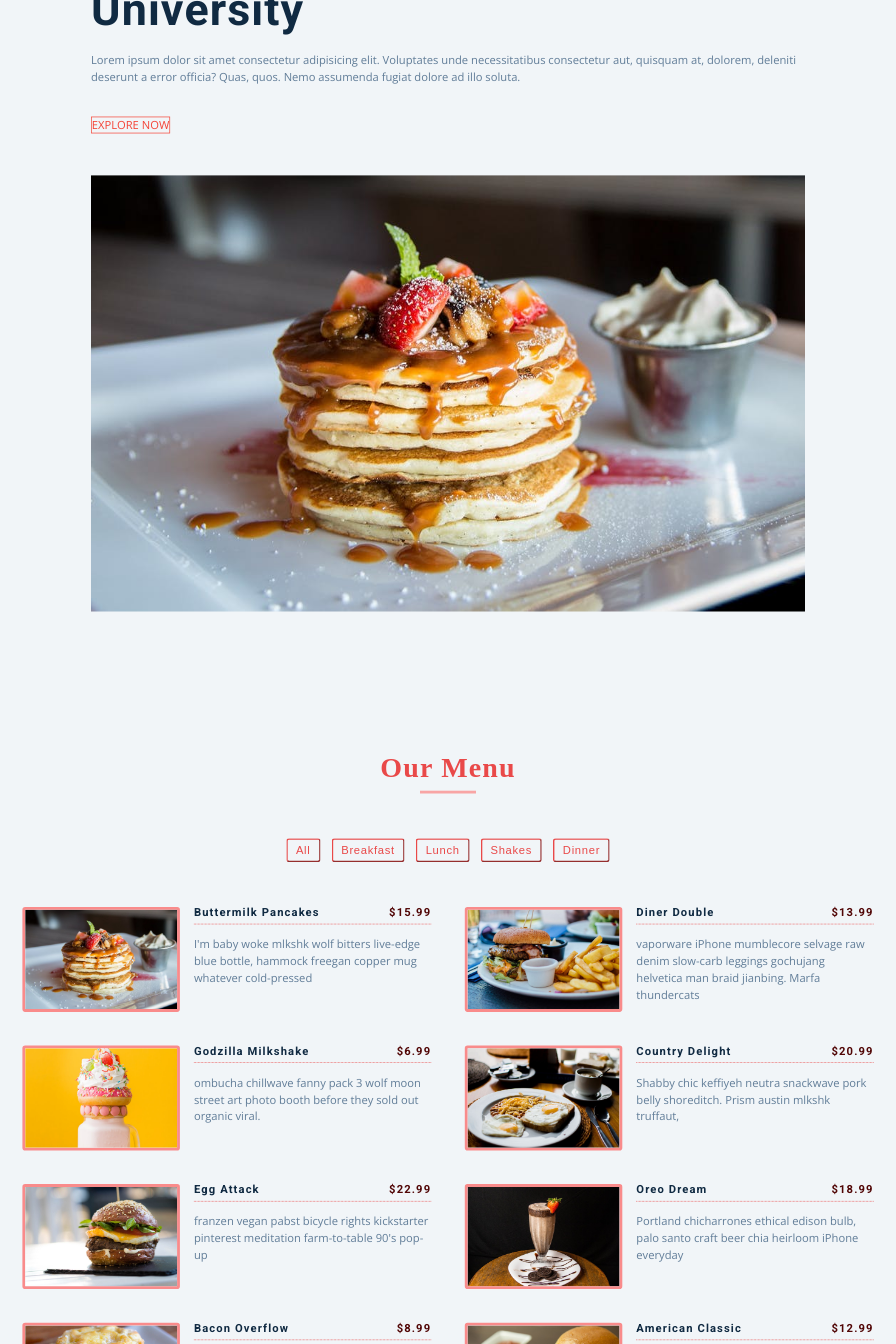
Repository: xoshiraghavx/Food-you
Page: index.html
These files come from the project's save history. The page is drawn as it stood at one moment and after the next save; the edit follows.
The browser window is 1280 px wide. The pictures show the part of the page from y = 912 to 2832 px (the page is 3950 px tall before and 3327 px after), at 70% of full size.
Some web libraries are served in a nearby version.

Above is the page before, as saved 2022-12-03 09:11:00.

### index.html
<!DOCTYPE html>
<html lang="en">
  <head>
    <meta charset="UTF-8" />
    <meta name="viewport" content="width=device-width, initial-scale=1.0" />
    <title>interior design</title>
    <!-- font-awesome -->
    <link
      rel="stylesheet"
      href="https://cdnjs.cloudflare.com/ajax/libs/font-awesome/5.14.0/css/all.min.css"
    />

    <!-- styles -->
    <link rel="stylesheet" href="styles.css" />
  </head>
  <body>
<nav>
  <div class="nav-center">
    <div class="nav-header">
      <div class="logo-div">
      <img src="./img/logo.png" alt="logo" class="logo">
      <div class="logo-name">
      <p><span id="color"><b>FOOD </b><br><i>& you</i></span></p>
    </div>
    </div>
      <button class="nav-toggle">
        <i class="fas fa-bars"></i>
      </button>
    </div>
    <!-- links -->
    <!-- <ul class="links">

      <li>
        <a href="index.html">home</a>
      </li>
      <li>
    </ul> -->
    <!-- social media -->
    <ul class="social-icons">
      <li>
        <a href="https://www.facebook.com">
          <i class="fab fa-facebook"></i>
        </a>
      </li>
      <li>
        <a href="https://www.twitter.com">
          <i class="fab fa-twitter"></i>
        </a>
      </li>
      <li>
        <a href="https://www.instagram.com">
          <i class="fab fa-instagram"></i>
        </a>
      </li>
      <li>
        <a href="https://www.linkedin.com">
          <i class="fab fa-linkedin"></i>
        </a>
      </li>
      <li>
        <a href="https://www.twitter.com">
          <i class="fab fa-sketch"></i>
        </a>
      </li>
    </ul>
  </div>
</nav>
<header class="hero">
  <div class="banner">
    <h2>Looking for some food!</h2>
    <button class="btn modal-btn">Order Now</button>
  </div>
</header>
<div class="modal-overlay">
  <div class="modal-container">
    <br>
    <h3>Title</h3>
    <p>Lorem ipsum dolor sit amet consectetur adipisicing elit. Illo deleniti eum mollitia distinctio! Nesciunt dolor minima animi esse officia! Recusandae? Lorem ipsum dolor sit amet consectetur, adipisicing elit. Aspernatur, hic.</p>
    <button class="close-btn">
      <i class="fas fa-times"> </i>
    </button>
  </div>
</div>
    <!-- -------about us content---------->
    <section class="about-us">
      <div class="row">
          <div class="about-col">
              <h1>We are the world's largest university</h1>
              <p>Lorem ipsum dolor sit amet consectetur adipisicing elit. Voluptates unde necessitatibus consectetur aut, quisquam at, dolorem, deleniti deserunt a error officia? Quas, quos. Nemo assumenda fugiat dolore ad illo soluta.</p>
              <a href="" class="hero-btn red-btn">EXPLORE NOW</a>
          </div>
          <div class="about-col">
              <img src="./img/item-1.jpeg" alt="">
          </div>
      </div>
  </section>
<section class="menu">
  <div class="title">
    <h2>Our Menu</h2>
    <div class="underline"></div>
  </div>
  <div class="btn-container">
    <!-- <button class="filter-btn" type="button" data-id="all">all</button>
    <button class="filter-btn" type="button"data-id="breakfast">breakfast</button>
    <button class="filter-btn" type="button" data-id="lunch">lunch</button>
    <button class="filter-btn" type="button" data-id="shakes">shakes</button> -->
  </div>
    <div class="section-center">
      <!-- <article class="menu-item">
        <img src="./menu-item.jpeg" class="photo" alt="menu item">
        <div class="item-info">
          <header>
            <h4>buttermilk pancakes</h4>
            <h4 class="price">Rs 600/-</h4>
          </header>
          <p class="item-text">Lorem ipsum, dolor sit amet consectetur adipisicing elit. Dolore totam aliquid ut eius architecto magni cumque explicabo voluptate, repudiandae harum.</p>
        </div>
      </article> -->
    </div>
</section>
<section class="questions">
  <div class="title">
    <h2>general questions</h2>
  </div>
  <div class="question-center">
    <article class="question">
      <div class="question-title">
      <p>When will my order be delivered?</p>
      <button type="button" class="question-btn">
        <span class="plus-icon">
      <i class="far fa-plus-square"></i>
        </span>

        <span class="minus-icon">
      <i class="far fa-minus-square"></i>
        </span>

      </button>
    </div>
    <div class="question-text">
      <p>Estimated delivery are given against each products. While sincere efforts are being made to deliver the products within the given time frame factors like, availability, festive seasons, courier delays are bound to happen. These factors are constantly monitored to keep any inordinate delays under control.</p>
    </div>
    </article>
    <article class="question">
      <div class="question-title">
      <p>Do you offer Cash on Delivery?</p>
      <button type="button" class="question-btn">
        <span class="plus-icon">
      <i class="far fa-plus-square"></i>
        </span>

        <span class="minus-icon">
      <i class="far fa-minus-square"></i>
        </span>

      </button>
    </div>
    <div class="question-text">
      <p>Yes. We offer Cash on Delivery which most of the other websites don't offer.</p>
    </div>
    </article>
    <article class="question">
      <div class="question-title">
      <p>do you use organic indegridents?</p>
      <button type="button" class="question-btn">
        <span class="plus-icon">
      <i class="far fa-plus-square"></i>
        </span>

        <span class="minus-icon">
      <i class="far fa-minus-square"></i>
        </span>

      </button>
    </div>
    <div class="question-text">
      <p>We deliver the products that are fresh and systems are kept in place to source the best products and safely consign them to you. We don't stock the products but place once we receive orders.</p>
    </div>
    </article>
  </div>
</section>
<!-- --------footer--------- -->
<section class="footer">
  <h4 id="color">Food & you</h4>
  <p>Fulfill your comfort food cravings here.</p>
  <ul class="icons">
    <li>
      <a href="https://www.facebook.com">
        <i class="fab fa-facebook"></i>
      </a>
    </li>
    <li>
      <a href="https://www.twitter.com">
        <i class="fab fa-twitter"></i>
      </a>
    </li>
    <li>
      <a href="https://www.instagram.com">
        <i class="fab fa-instagram"></i>
      </a>
    </li>
    <li>
      <a href="https://www.linkedin.com">
        <i class="fab fa-linkedin"></i>
      </a>
    </li>
  </ul>
  <p>Made by <b id="color">oshi Raghav</b></p>
</section>
<!-- javascript -->
    <script src="app.js"></script>
  </body>
</html>

### styles.css
/*
===============
Fonts
===============
*/
@import url('https://fonts.googleapis.com/css?family=Open+Sans|Roboto:400,700&display=swap');

/*
===============
Variables
===============
*/

:root {
  /* dark shades of primary color*/
  --clr-primary-1: hsl(0, 86%, 17%);
  --clr-primary-2: hsl(0, 77%, 27%);
  --clr-primary-3: hsl(0, 72%, 37%);
  --clr-primary-4: hsl(0, 63%, 48%);
  /* primary/main color */
  --clr-primary-5: hsl(0, 78%, 60%);
  /* lighter shades of primary color */
  --clr-primary-6: hsl(0, 90%, 70%);
  --clr-primary-7: hsl(0, 90%, 76%);
  --clr-primary-8: hsl(0, 86%, 81%);
  --clr-primary-9: hsl(0, 90%, 88%);
  --clr-primary-10: hsl(0, 100%, 96%);
  /* darkest grey - used for headings */
  --clr-grey-1: hsl(209, 61%, 16%);
  --clr-grey-2: hsl(211, 39%, 23%);
  --clr-grey-3: hsl(209, 34%, 30%);
  --clr-grey-4: hsl(209, 28%, 39%);
  /* grey used for paragraphs */
  --clr-grey-5: hsl(210, 22%, 49%);
  --clr-grey-6: hsl(209, 23%, 60%);
  --clr-grey-7: hsl(211, 27%, 70%);
  --clr-grey-8: hsl(210, 31%, 80%);
  --clr-grey-9: hsl(212, 33%, 89%);
  --clr-grey-10: hsl(210, 36%, 96%);
  --clr-white: #fff;
  --clr-red-dark: hsl(360, 67%, 44%);
  --clr-red-light: hsl(360, 71%, 66%);
  --clr-green-dark: hsl(125, 67%, 44%);
  --clr-green-light: hsl(125, 71%, 66%);
  --clr-black: #222;
  --ff-primary: 'Roboto', sans-serif;
  --ff-secondary: 'Open Sans', sans-serif;
  --transition: all 0.3s linear;
  --spacing: 0.1rem;
  --radius: 0.25rem;
  --light-shadow: 0 5px 15px rgba(0, 0, 0, 0.1);
  --dark-shadow: 0 5px 15px rgba(0, 0, 0, 0.2);
  --max-width: 1170px;
  --fixed-width: 620px;
}
/*
===============
Global Styles
===============
*/

*,
::after,
::before {
  margin: 0;
  padding: 0;
  box-sizing: border-box;
}
body {
  font-family: var(--ff-secondary);
  background: var(--clr-grey-10);
  color: var(--clr-grey-1);
  line-height: 1.5;
  font-size: 0.875rem;
}
ul {
  list-style-type: none;
}
a {
  text-decoration: none;
}
img:not(.logo) {
  width: 100%;
}
img {
  display: block;
}
h1,
h2,
h3,
h4 {
  letter-spacing: var(--spacing);
  text-transform: capitalize;
  line-height: 1.25;
  margin-bottom: 0.75rem;
  font-family: var(--ff-primary);
}
h1 {
  font-size: 3rem;
}
h2 {
  font-size: 2rem;
}
h3 {
  font-size: 1.25rem;
}
h4 {
  font-size: 0.875rem;
}
p {
  margin-bottom: 1.25rem;
  color: var(--clr-grey-5);
}
@media screen and (min-width: 800px) {
  h1 {
    font-size: 4rem;
  }
  h2 {
    font-size: 2.5rem;
  }
  h3 {
    font-size: 1.75rem;
  }
  h4 {
    font-size: 1rem;
  }
  body {
    font-size: 1rem;
  }
  h1,
  h2,
  h3,
  h4 {
    line-height: 1;
  }
}
/*  global classes */
.btn {
  text-transform: uppercase;
  background: transparent;
  color: var(--clr-black);
  padding: 0.375rem 0.75rem;
  letter-spacing: var(--spacing);
  display: inline-block;
  transition: var(--transition);
  font-size: 0.875rem;
  border: 2px solid var(--clr-black);
  cursor: pointer;
  box-shadow: 0 1px 3px rgba(0, 0, 0, 0.2);
  border-radius: var(--radius);
}
.btn:hover {
  color: var(--clr-white);
  background: var(--clr-black);
}
/* section */
.section {
  padding: 5rem 0;
}


@media screen and (min-width: 992px) {
  .section-center .question-center {
    width: 95vw;
  }
}
main {
  min-height: 100vh;
  display: grid;
  place-items: center;
}

/*
===============
Navbar
===============
*/
nav {
  background: var(--clr-white);
  box-shadow: var(--light-shadow);
  position: fixed;
  width: 100%;
}
.nav-header {
  display: flex;
  align-items: center;
  justify-content: space-between;
  padding: 1rem;
}
.nav-toggle {
  font-size: 1.5rem;
  color: var(--clr-primary-5);
  background: transparent;
  border-color: transparent;
  transition: var(--transition);
  cursor: pointer;
}
.nav-toggle:hover {
  color: var(--clr-primary-1);
  transform: rotate(90deg);
}
.logo-div{
  display: flex;
}
.logo {
  height: 90px;
  width: 90px;
}
.logo-name{
  margin-top: 20px;
}
#color{
  color: var(--clr-red-dark);

}
/* .links a {
  color: var(--clr-grey-3);
  font-size: 1rem;
  text-transform: capitalize;
  letter-spacing: var(--spacing);
  display: block;
  padding: 0.5rem 1rem;
  transition: var(--transition);
}
.links a:hover {
  background: var(--clr-primary-8);
  color: var(--clr-primary-5);
  padding-left: 1.5rem;
} */
.social-icons {
  display: none;
}
/* .links {
  height: 0;
  overflow: hidden;
  transition: var(--transition);
} */
.show-links {
  height: 10rem;
}
@media screen and (min-width: 800px) {
  .nav-center {
    max-width: 1170px;
    margin: 0 auto;
    display: flex;
    align-items: center;
    justify-content: space-between;
    padding: 1rem;
  }
  .nav-header {
    padding: 0;
  }
  .nav-toggle {
    display: none;
  }
  /* .links {
    height: auto;
    display: flex;
  }
  .links a {
    padding: 0;
    margin: 0 0.5rem;
  }
  .links a:hover {
    padding: 0;
    background: transparent;
  } */

  .social-icons {
    display: flex;
  }
  .social-icons a {
    margin: 0 0.5rem;
    color: var(--clr-primary-4);
    transition: var(--transition);
  }
  .social-icons a:hover {
    color: var(--clr-primary-7);
  }
}
/* modal css  */
.hero {
  height: 100vh;
  background: linear-gradient(rgba(4, 9, 30, 0.421),rgba(4, 9, 30, 0.421)),url("https://discovertemplate.com/wp-content/uploads/2020/11/DT_G62_Food-drink-Animated-GIF-Icon-Pack.gif") center/cover no-repeat;
  display: grid;
  place-items: center;
}
.banner {
  background: var(--clr-white);
  padding: 4rem 0;
  border-radius: var(--radius);
  box-shadow: var(--light-shadow);
  text-align: center;
  width: 90vw;
  max-width: var(--fixed-width);
}
.modal-btn {
  margin-top: 2rem;
  background: var(--clr-primary-5);
  border-color: var(--clr-primary-5);
  color: var(--clr-white);
}
.modal-btn:hover {
  background: transparent;
  color: var(--clr-primary-5);
}
.modal-overlay {
  position: fixed;
  top: 0;
  left: 0;
  width: 100%;
  height: 100%;
  background: hsla(209, 61%, 16%, 0.77);
  display: grid;
  place-items: center;
  transition: var(--transition);
  visibility: hidden;
  z-index: -10;
}
/* OPEN/CLOSE MODAL */
.open-modal {
  visibility: visible;
  z-index: 10;
}
.modal-container {
  background: var(--clr-white);
  border-radius: var(--radius);
  width: 90vw;
  height: 30vh;
  max-width: var(--fixed-width);
  text-align: center;
  display: grid;
  place-items: center;
  position: relative;
}
.close-btn {
  position: absolute;
  top: 1rem;
  right: 1rem;
  font-size: 2rem;
  background: transparent;
  border-color: transparent;
  color: var(--clr-red-dark);
  cursor: pointer;
  transition: var(--transition);
}
.close-btn:hover {
  color: var(--clr-red-light);
  transform: scale(1.3);
}
/* menu css */

.menu {
  padding: 1rem 0;
}
.title {
  text-align: center;
  margin-bottom: 2rem;
}
.underline {
  width: 5rem;
  height: 0.25rem;
  background: var(--clr-primary-8);
  margin-left: auto;
  margin-right: auto;
}
.btn-container {
  margin-bottom: 4rem;
  display: flex;
  justify-content: center;
}
.filter-btn {
  background: transparent;
  border-color: var(--clr-primary-5);
  font-size: 1rem;
  text-transform: capitalize;
  margin: 0 0.5rem;
  letter-spacing: 1px;
  border-radius: var(--radius);
  padding: 0.375rem 0.75rem;
  color: var(--clr-primary-5);
  cursor: pointer;
  transition: var(--transition);
}
.filter-btn:hover {
  background: var(--clr-primary-5);
  color: var(--clr-white);
}
.section-center .question-center{
  width: 90vw;
  max-width: 1170px;
}
.section-center{
  display: grid;
  margin: 0 auto;
  gap: 3rem 3rem;
  justify-items: center;
}
.menu-item {
  display: grid;
  gap: 1rem 2rem;
  max-width: 25rem;
}
.photo {
  object-fit: cover;
  height: 200px;
  border: 0.25rem solid var(--clr-primary-7);
  border-radius: var(--radius);
}
.item-info header {
  display: flex;
  justify-content: space-between;
  border-bottom: 0.5px dotted var(--clr-primary-5);
}
.item-info h4 {
  margin-bottom: 0.5rem;
}
.price {
  color: var(--clr-primary-1);
}
.item-text {
  margin-bottom: 0;
  padding-top: 1rem;
}

@media screen and (min-width: 768px) {
  .menu-item {
    grid-template-columns: 225px 1fr;
    gap: 0 1.25rem;
    max-width: 40rem;
  }
  .photo {
    height: 175px;
  }
}
@media screen and (min-width: 1200px) {
  .section-center {
    width: 95vw;
    grid-template-columns: 1fr 1fr;
  }
  .photo {
    height: 150px;
  }
}

/*
===============
Questions
===============
*/
.title {
  margin-top: 15vh;
  margin-bottom: 4rem;
}
.title h2 {
  color: var(--clr-primary-5);
  font-family: "Great Vibes", cursive;
  text-align: center;
}
.question-center {
  max-width: var(--fixed-width);
  margin: 0 auto;
}
.question {
  background: var(--clr-white);
  border-radius: var(--radius);
  box-shadow: var(--light-shadow);
  padding: 1.5rem 1.5rem 0 1.5rem;
  margin-bottom: 2rem;
}
.question-title {
  display: flex;
  justify-content: space-between;
  align-items: center;
  text-transform: capitalize;
  padding-bottom: 1rem;
}
.question-title p {
  margin-bottom: 0;
  letter-spacing: var(--spacing);
  color: var(--clr-grey-1);
}
.question-btn {
  font-size: 1.5rem;
  background: transparent;
  border-color: transparent;
  cursor: pointer;
  color: var(--clr-primary-5);
  transition: var(--transition);
}
.question-btn:hover {
  transform: rotate(90deg);
}
.question-text {
  padding: 1rem 0 1.5rem 0;
  border-top: 1px solid rgba(0, 0, 0, 0.2);
}
.question-text p {
  margin-bottom: 0;
}
/* hide text */
.question-text {
  display: none;
}
.show-text .question-text {
  display: block;
}
.minus-icon {
  display: none;
}
.show-text .minus-icon {
  display: inline;
}
.show-text .plus-icon {
  display: none;
}
/* ---------footer----------- */
.footer{
  width: 100%;
  text-align: center;
  padding: 30px 0;
  background: var(--clr-primary-10);
}
.footer h4{
  margin-bottom: 25px;
  margin-top: 20px;
  font-weight: 600;
}
.icons{
  display: flex;
  flex-direction: row;
  justify-content: center;
  align-items: center;
}
.icons .fab{
  color: var(--clr-primary-5);
  margin: 0 13px;
  cursor: pointer;
  padding: 18px 0;
}
/* -------about us page------- */
.sub-header{
  height: 50vh;
  width: 100%;
  background-image: linear-gradient(rgba(4,9,30,0.7),rgba(4,9,30,0.7)),url(./img/item-2.jpeg);
  background-position: center;
  background-size: cover;
  text-align: center;
  color: #fff;
}
.sub-header h1{
  margin-top: 100px;
}
.about-us{
  width: 80%;
  margin: auto;
  padding-top: 80px;
  padding-bottom: 50px;
}
.about-col{
  flex-basis: 48%;
  padding: 30px 2px;
}
.about-col img{
  width: 100%;
}
.about-col h1{
  padding-top: 0;
}
.about-col p{
  padding: 15px 0 25px;
}
.red-btn{
  border: 1px solid #f44336;
  background: transparent;
  color: #f44336;
}
.red-btn:hover{
  color: #fff;
}

Loaded but not shown: app.js (194 lines, source omitted)

After the next save:
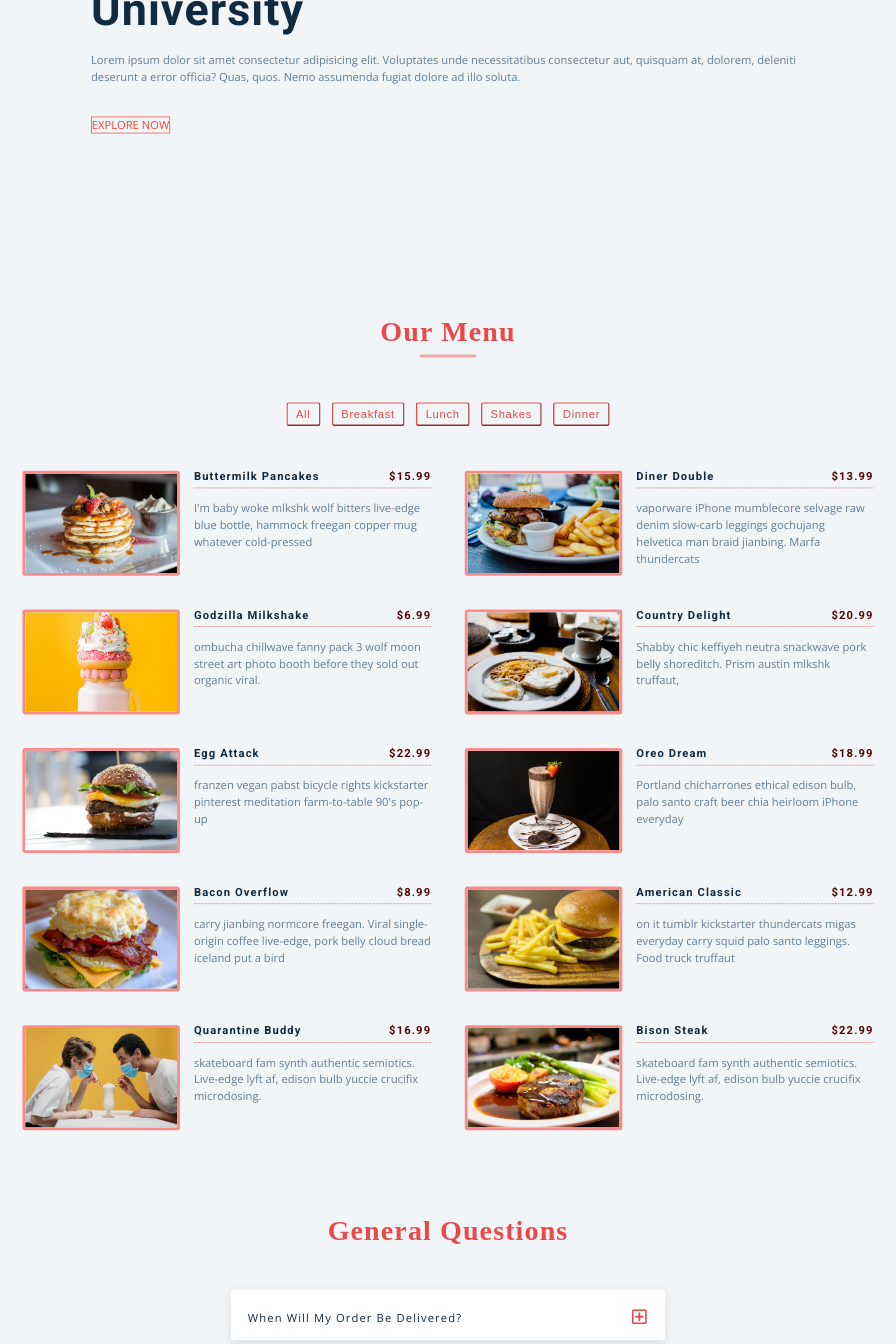
Not found: img/aboutuniversity.jpg
Saved 31 s later.
--- a/index.html
+++ b/index.html
@@ -90,7 +90,7 @@
               <a href="" class="hero-btn red-btn">EXPLORE NOW</a>
           </div>
           <div class="about-col">
-              <img src="./img/item-1.jpeg" alt="">
+              <img src="../img/aboutuniversity.jpg" alt="">
           </div>
       </div>
   </section>

After the 5 saves that followed:
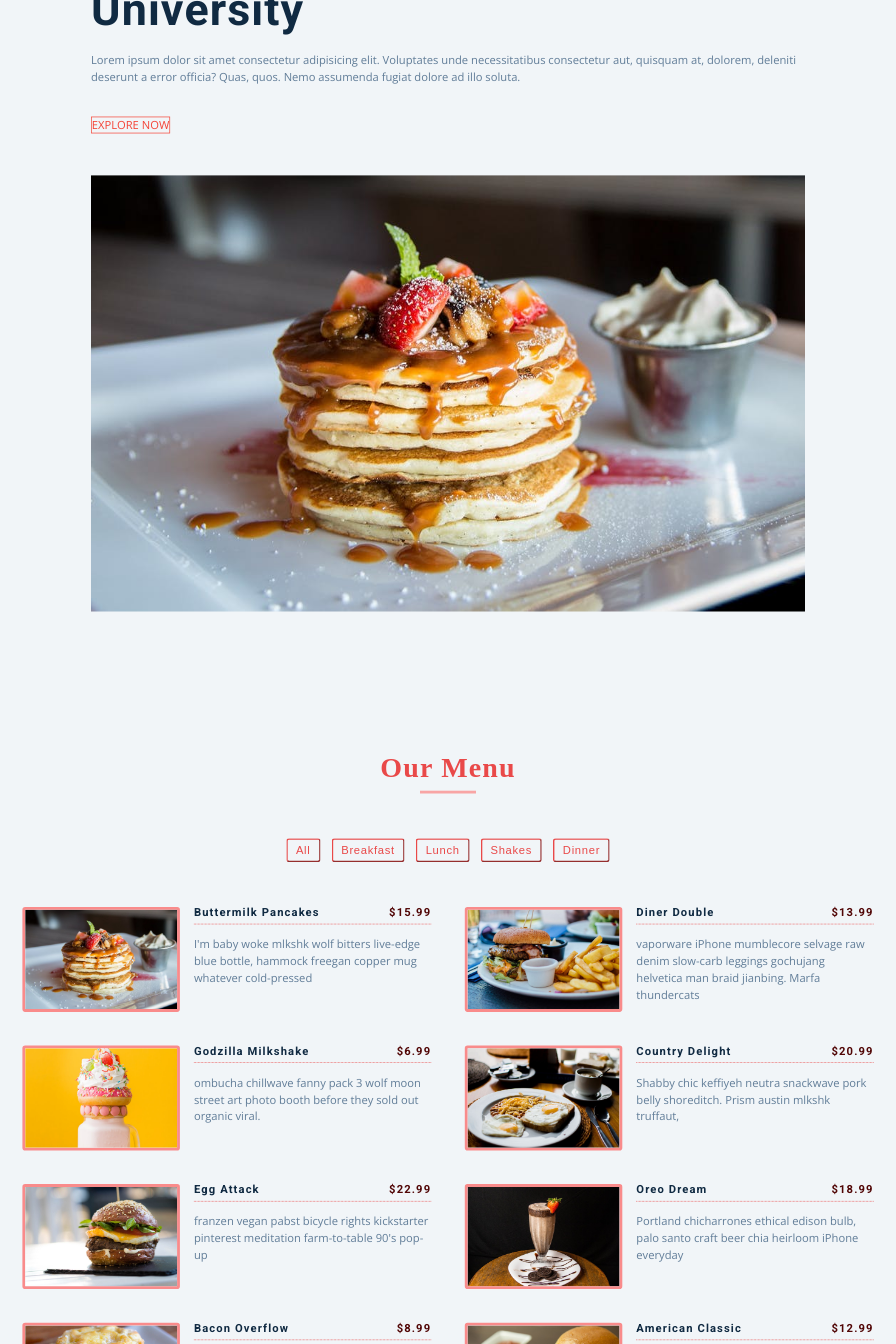
The 5 saves are shown as one change because 4 left the picture as it was.
The last was saved 36 s later.
--- a/index.html
+++ b/index.html
@@ -90,7 +90,7 @@
               <a href="" class="hero-btn red-btn">EXPLORE NOW</a>
           </div>
           <div class="about-col">
-              <img src="../img/aboutuniversity.jpg" alt="">
+              <img src="../img/item-1.jpeg" alt="">
           </div>
       </div>
   </section>
--- a/styles.css
+++ b/styles.css
@@ -539,18 +539,6 @@ Questions
   padding: 18px 0;
 }
 /* -------about us page------- */
-.sub-header{
-  height: 50vh;
-  width: 100%;
-  background-image: linear-gradient(rgba(4,9,30,0.7),rgba(4,9,30,0.7)),url(./img/item-2.jpeg);
-  background-position: center;
-  background-size: cover;
-  text-align: center;
-  color: #fff;
-}
-.sub-header h1{
-  margin-top: 100px;
-}
 .about-us{
   width: 80%;
   margin: auto;
